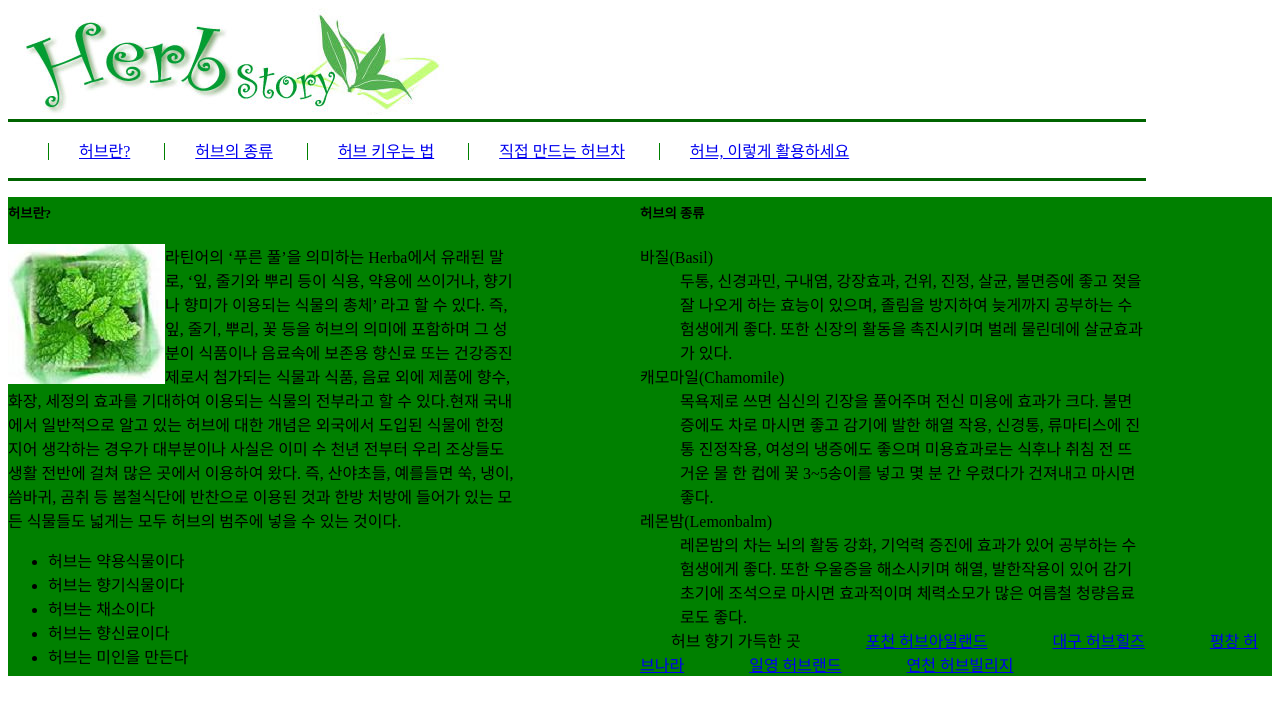
Repository: RyuJelly/java_web
Page: CSS/WebContent/exam2/layout.htm
These files come from the project's save history. The page is drawn as it stood at one moment and after the next save; the edit follows.
The browser window is 1280 px wide. The pictures show the whole page.

Above is the page before, as saved 2021-03-08 05:38:48.

After the next save:
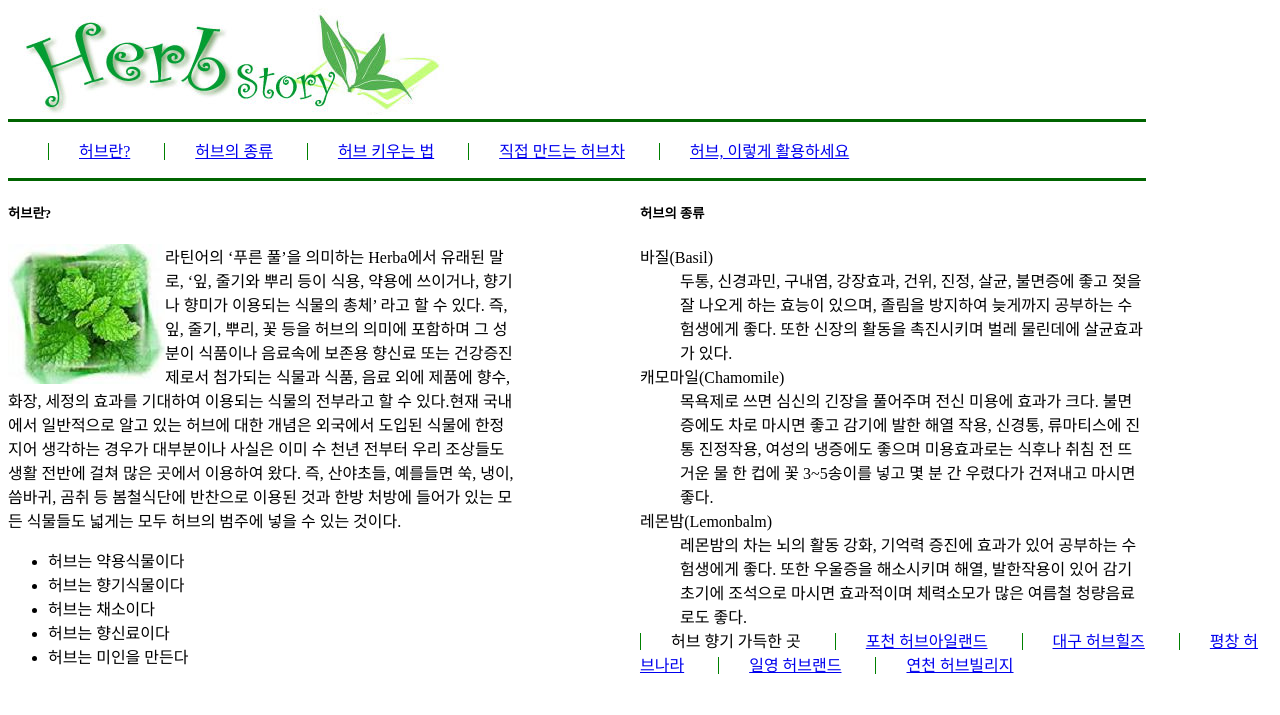
Saved 39 s later.
--- a/CSS/WebContent/exam2/layout.htm
+++ b/CSS/WebContent/exam2/layout.htm
@@ -37,7 +37,6 @@
 	}
 
 	#infolist ul{
-		background-color: green;
 	}
 	#infolist li{
 		display: inline;
